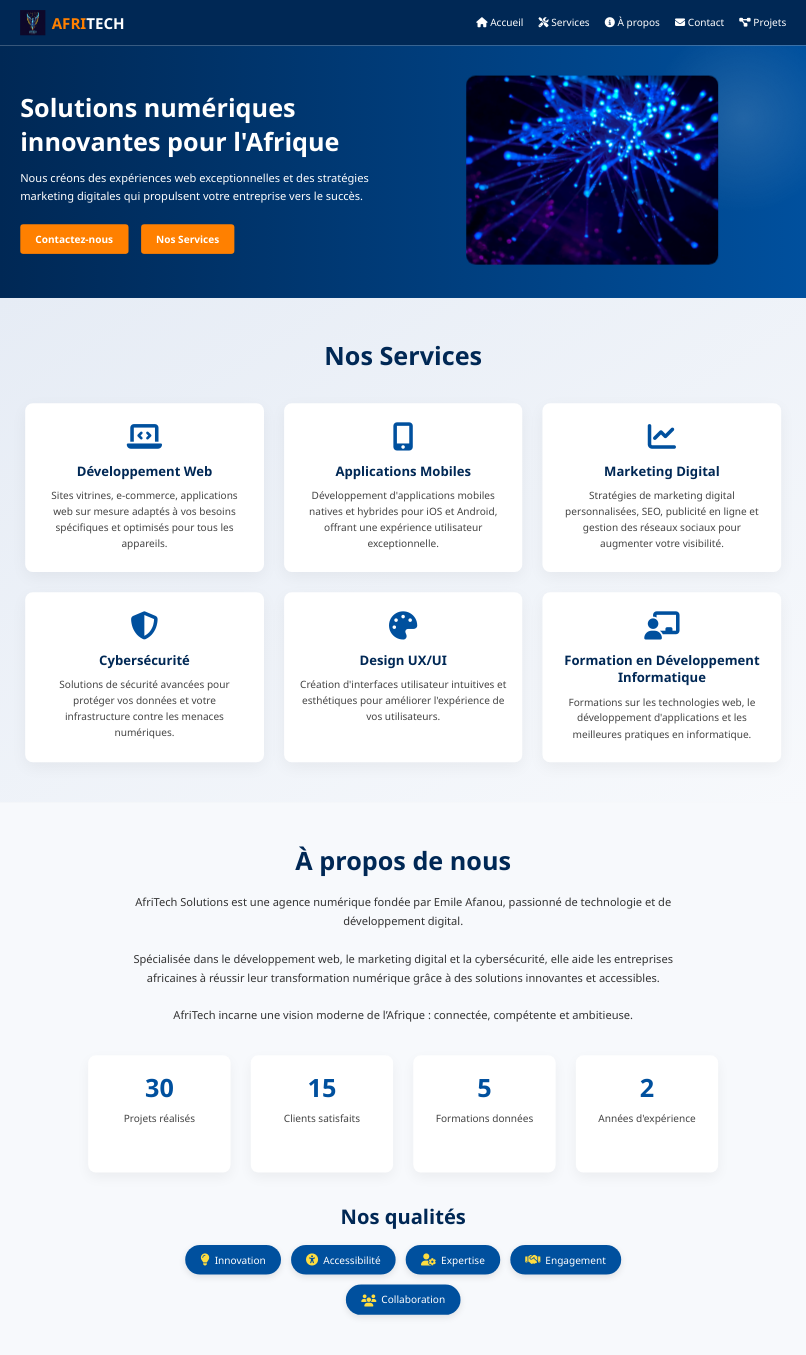
Repository: prestige225/AFRITECH
Page: index.html
An editor plug-in stored every save of this project. The page is shown before and after the next save, followed by the edit.
The browser window is 1280 px wide. The pictures show the whole page, at 63% of full size.

Above is the page before, as saved 2025-07-16 03:28:51.

After the next save:
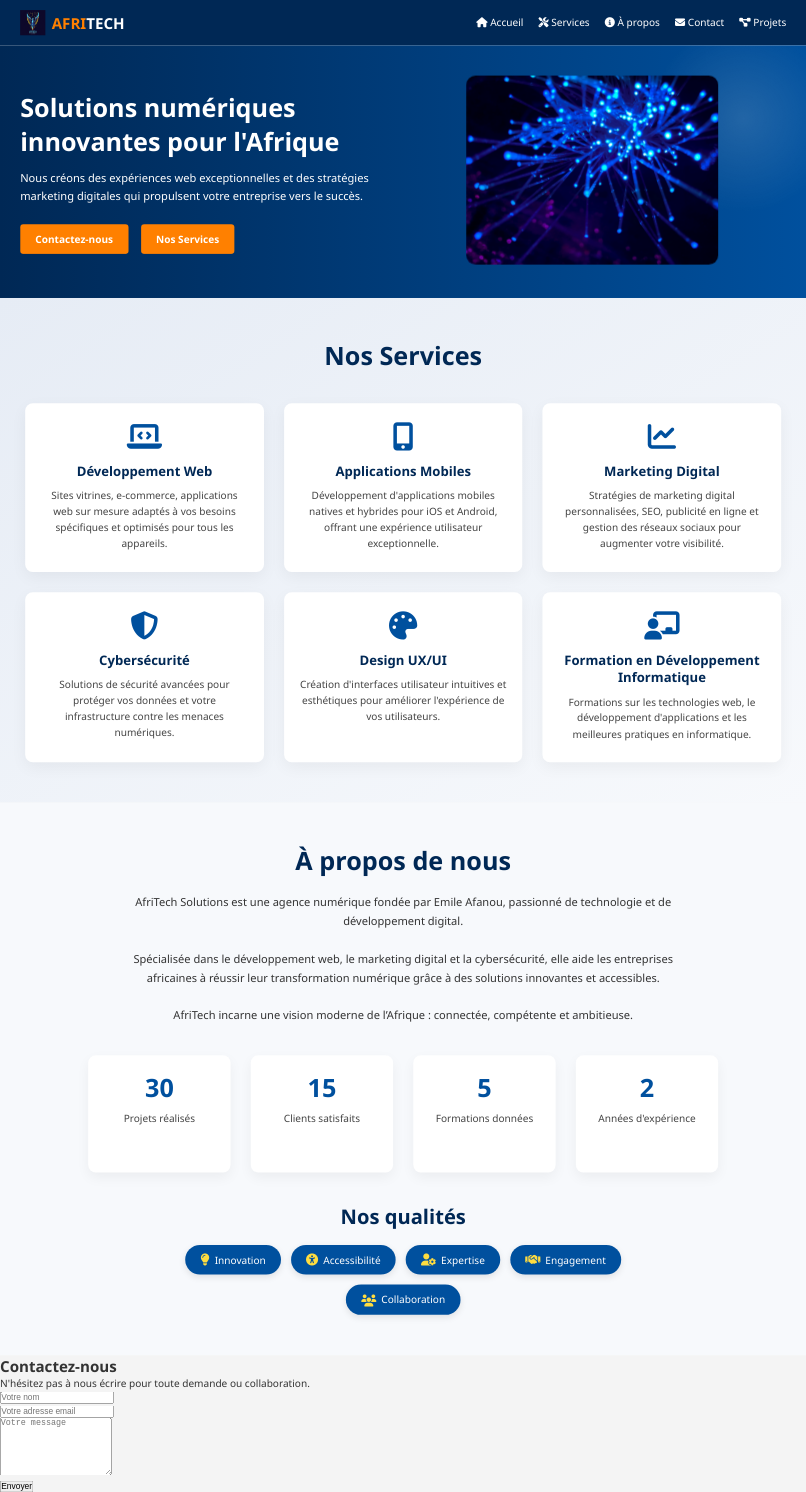
Saved 6 min 44 s later.
--- a/index.html
+++ b/index.html
@@ -137,6 +137,23 @@
 </section>
 
 
+<section id="contact" class="contact-section">
+  <h2>Contactez-nous</h2>
+  <p>N'hésitez pas à nous écrire pour toute demande ou collaboration.</p>
+
+  <form action="https://formspree.io/f/mabcxyz" method="POST">
+    <div class="form-group">
+      <input type="text" name="name" placeholder="Votre nom" required>
+    </div>
+    <div class="form-group">
+      <input type="email" name="email" placeholder="Votre adresse email" required>
+    </div>
+    <div class="form-group">
+      <textarea name="message" rows="6" placeholder="Votre message" required></textarea>
+    </div>
+    <button type="submit" class="btn">Envoyer</button>
+  </form>
+</section>
 
 
 
